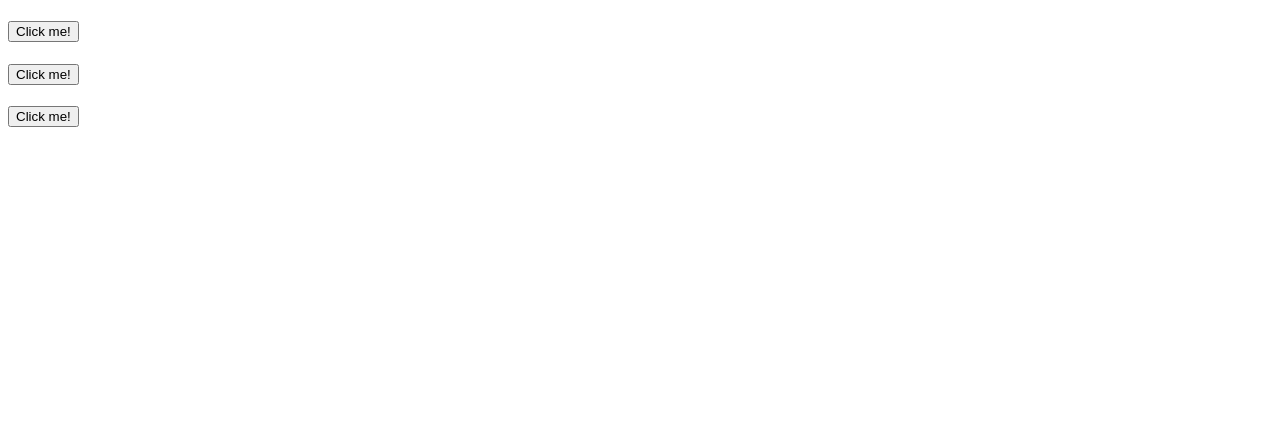
Repository: j1s00jang/frontend_bookstore
Page: /
The author's editor kept a copy of each file at every save. The page is drawn from the files as they stood at one save, then again after the next save.
The browser window is 1280 px wide. The pictures show the whole page.
The project was rebuilt for these pictures with package versions that can differ from the ones it lists, and the page was loaded fresh each time. Also part of the build but not shown: vite.config.js, src/index.css.

Above is the page before, as saved 2025-09-08 15:51:11.

After the next save:
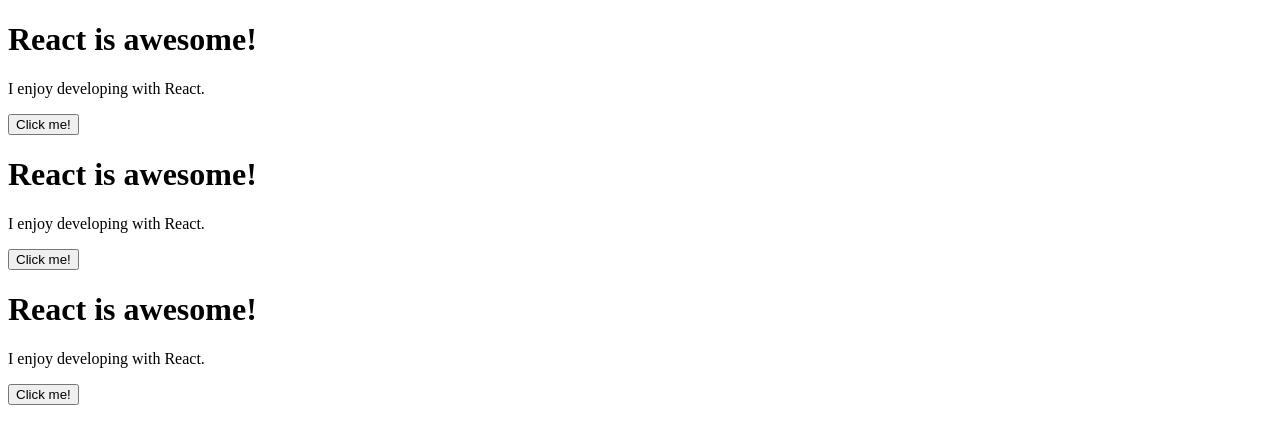
Saved 4 min 46 s later.
--- a/src/App.jsx
+++ b/src/App.jsx
@@ -17,11 +17,16 @@
     );
 }
 
-function Excerpt() {
+function Excerpt(props) {
+    props = {
+        title: "React is awesome!",
+        body: "I enjoy developing with React.",
+    };
+
     return (
         <div>
-            <h1></h1>
-            <p></p>
+            <h1>{props.title}</h1>
+            <p>{props.body}</p>
             <button>Click me!</button>
         </div>
     );

After the save that followed:
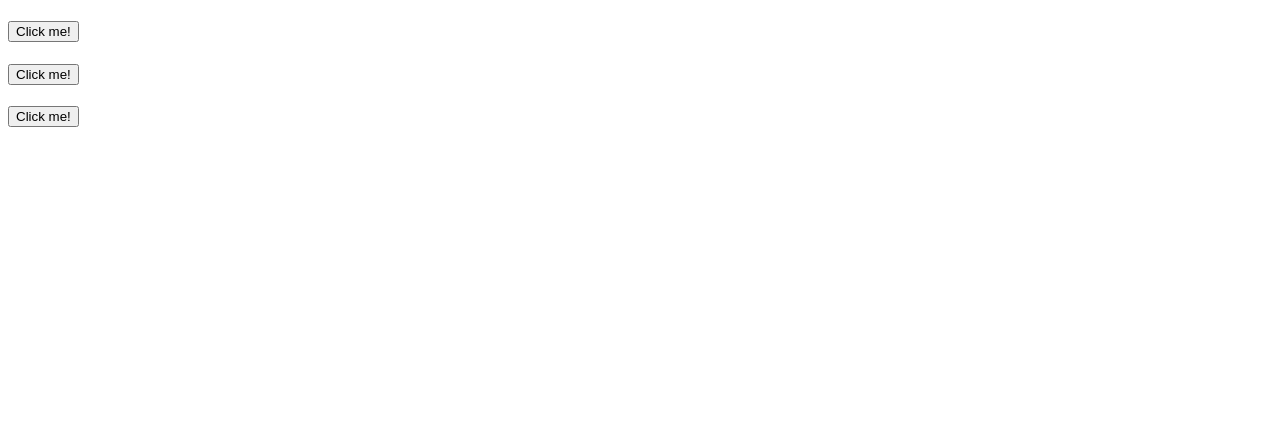
Saved 102 s later.
--- a/src/App.jsx
+++ b/src/App.jsx
@@ -18,10 +18,7 @@
 }
 
 function Excerpt(props) {
-    props = {
-        title: "React is awesome!",
-        body: "I enjoy developing with React.",
-    };
+    props = {};
 
     return (
         <div>
